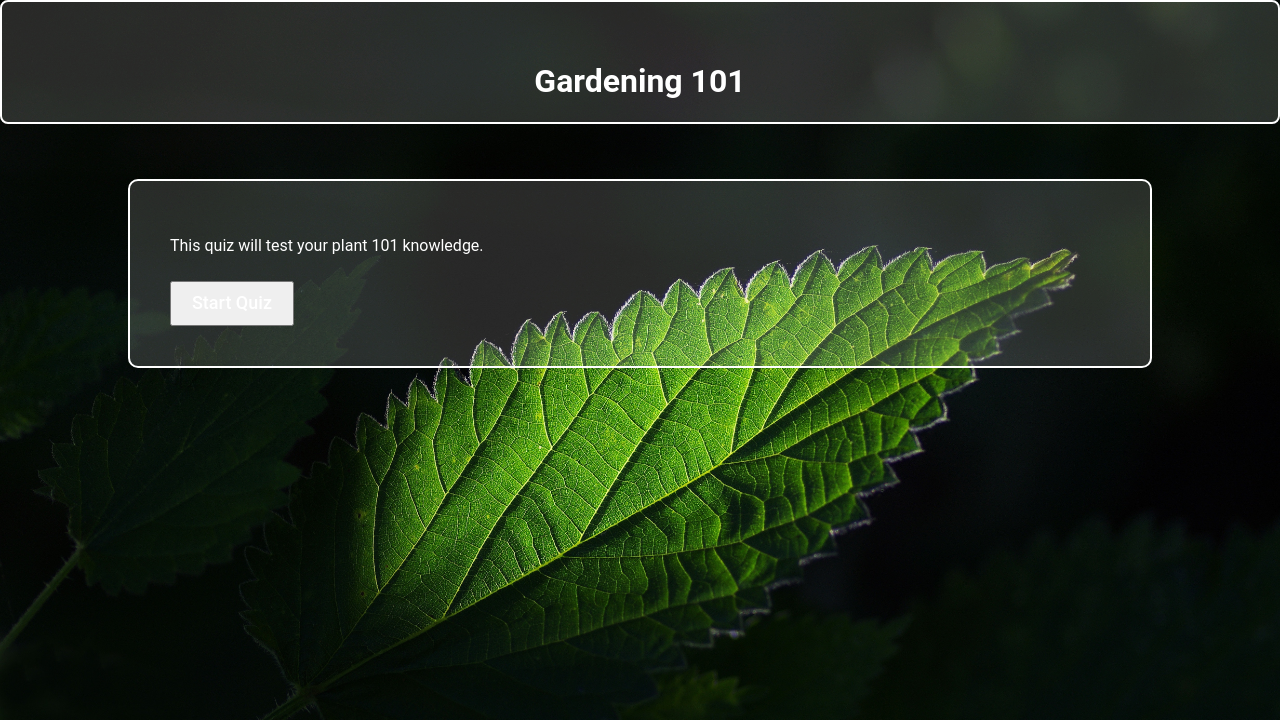
Repository: kaitlynMidori/gardening101
Page: index.html
These files come from the project's save history. The page is drawn as it stood at one moment and after the next save; the edit follows.
The browser window is 1280 px wide. The pictures show the whole page.

Above is the page before, as saved 2021-06-10 13:55:17.

### index.html
<!DOCTYPE html>
<html lang="en">

<head>
    <meta charset="UTF-8">
    <meta name="viewport" content="width=device-width, initial-scale=1.0">
    <meta http-equiv="X-UA-Compatible" content="ie=edge">
    <title>Quiz App</title>
    <link href="https://cdnjs.cloudflare.com/ajax/libs/normalize/8.0.1/normalize.min.css" rel="stylesheet" type="text/css" />
    <link href="app.css" rel="stylesheet" type="text/css" />

</head>

<body>
    <header>
        <h1>Gardening 101</h1>
    </header>
    <main></main>
    <script src="https://code.jquery.com/jquery-3.4.1.slim.js" crossorigin="anonymous"></script>
    <script src="app.js"></script>
</body>

</html>

### app.css
/* Your styles should be mobile-first and responsive */


/**
  * If you are unclear on how to utilize a mobile-first, responsive technique to write your CSS, here is an example:
  *
  * https://github.com/andreacardybailey/responsive_example/blob/master/styles/responsive-base.css
  *
*/

* {
    box-sizing: border-box;
}


body {

    font-family: "Roboto", sans-serif;
    color: white;
    margin: 0;
    background: cover;
    background-image: url("screenshots/leaf.jpg");
    background-repeat: repeat;
    background-size: cover;
    background-color: white;
}

header {
    border: 2px solid white;
    border-radius: 8px;
    background: rgba(255, 255, 255, 0.15);
    padding: 40px 0 0 0;
    color: white;
}

h1 {
    text-align: center;
}

.question-and-score {
    border: 2px solid white;
    border-radius: 8px;
    background: rgba(11, 21, 6, 0.8);
    font-size: 30px;
    font-weight: 600px;
    color: white;
    text-align: center;
    list-style: none;
}

button{
    margin-top: 10px;
    height: auto;
    font-size: 18px;
    font-weight: 500;
    text-align: center;
    color: white;
    cursor: pointer;
    margin-bottom: 0;
    /* border-radius: 3px; */
    padding: 10px 20px;
}

.start-screen,
fieldset {
    border: 2px solid white;
    width: 80%;
    padding: 40px;
    margin: 55px auto 0 auto;
    background: rgba(255, 255, 255, 0.15);
    border-radius: 10px;
}

legend {
    font-weight: 700;
    font-size: 18px;
}

.question-form .question {
    margin-bottom: 20px;
    padding: 0 2%;
    font-size: 20px;
    font-weight: 600px;
}

.options ul {
    list-style: none;
    margin: 0;
    text-align: left;
}

label {
    font-size: 18px;
}

.options span {
    display: block;
    border-radius: 5px;
}

.right-answer {
    background: rgb(11, 21, 6, .5);
    padding: 10px 20px;
    margin: 5px 20px;
    border: 2px solid rgb(97, 164, 23);
}

.wrong-answer {
    background: rgb(11, 21, 6, .5);
    padding: 10px;
    margin: 5px 20px;
    border: 2px solid #fe0000;
}

.question-form button {
    background: rgb(11, 21, 6, .5);
    border: 2px solid white;
    float: right;
    border-radius: 6px;
}

button:hover:enabled,
button:focus:enabled {
    background-color: rgb(11, 21, 6, .5);
    -webkit-transition: background 0.1s;
    -moz-transition: background 0.1s;
    -o-transition: background 0.1s;
    transition: background 0.1s;
}

button:disabled {
    opacity: 0.9;
}

#next-question-btn {
    display: none;
}

### app.js
/**
 * Example store structure
 */
// const store = {
// 5 or more questions are required
//     questions: [{
//             question: 'What color is broccoli?',
//             answers: [
//                 'red',
//                 'orange',
//                 'pink',
//                 'green'
//             ],
//             correctAnswer: 'green'
//         },
//         {
//             question: 'What is the current year?',
//             answers: [
//                 '1970',
//                 '2015',
//                 '2019',
//                 '2005'
//             ],
//             correctAnswer: '2019'
//         }
//     ],
//     quizStarted: false,
//     questionNumber: 0,
//     score: 0
// };

const STORE = {
    questions: [ //1
        {
            question: 'Which of the following is a health benefit from gardening?',
            answers: [
                'Reduces Stress & improves mood',
                'Reduces risk of dementia',
                'Improves heart health and reduces risk of stroke',
                'All of the above'
            ],
            correctAnswer: 'All of the above'
        },
        //2
        {
            question: 'Which of the following are indoor plants?',
            answers: [
                'Fiddle Leaf Fig',
                'Dragon Tree',
                'Rubber Plant',
                'All of the above'
            ],
            correctAnswer: 'All of the above'
        },
        //3
        {
            question: 'What are the most common ways to kill a plant?',
            answers: [
                'Overwatering',
                'Underwatering',
                'Incorrect sun exposure',
                'All of the above'
            ],
            correctAnswer: 'All of the above'
        },
        //4
        {
            question: 'What are some ways to keep your plants happy?',
            answers: ['Provide correct watering needs', 'Keep free of dust', 'Fertilize it', 'All of the above'],
            correctAnswer: 'All of the above'
        },
        //5
        {
            question: 'What are signs of an unhappy plant?',
            answers: [
                'Wilted leaves',
                'Yellowing/browning leaves',
                ' Bugs or fungal growth',
                'All of the above'
            ],
            correctAnswer: 'All of the above'
        }
    ],
    quizStarted: false,
    currentQuestion: 0,
    score: 0
};
/**
 *
 * Technical requirements:
 *
 * Your app should include a render() function, that regenerates the view each time the store is updated.
 * See your course material and access support for more details.
 *
 * NO additional HTML elements should be added to the index.html file.
 *
 * You may add attributes (classes, ids, etc) to the existing HTML elements, or link stylesheets or additional scripts if necessary
 *
 * SEE BELOW FOR THE CATEGORIES OF THE TYPES OF FUNCTIONS YOU WILL BE CREATING 👇
 *
 */

/********** TEMPLATE GENERATION FUNCTIONS **********/

// These functions return HTML templates

/********** RENDER FUNCTION(S) **********/

// This function conditionally replaces the contents of the <main> tag based on the state of the store

/********** EVENT HANDLER FUNCTIONS **********/

// These functions handle events (submit, click, etc)

/**
 * Generates HTML for the start screen
 */
function generateStartScreenHtml() {
    return `
    <div class="start-screen">
      <p>This quiz will test your plant 101 knowledge.</p>
      <button type="button" id="start">Start Quiz</button>
    </div>
  `;
}

/**
 * Generates the HTML for the section of the app
 * that displays the question number and the score
 */
function generateQuestionNumberAndScoreHtml() {
    return `
    <ul class="question-and-score">
      <li id="question-number">
        Question Number: ${STORE.currentQuestion + 1}/${STORE.questions.length}
      </li>
      <li id="score">
        Score: ${STORE.score}/${STORE.questions.length}
      </li>
    </ul>
  `;
}
/**
 * Generates the list of possible answers for
 * one question
 */
function generateAnswersHtml() {
    const answersArray = STORE.questions[STORE.currentQuestion].answers
    let answersHtml = '';
    let i = 0;

    answersArray.forEach(answer => {
        answersHtml += `
      <div id="option-container-${i}">
        <input type="radio" name="options" id="option${i + 1}" value= "${answer}" tabindex ="${i + 1}" required>
        <label for="option${i + 1}"> ${answer}</label>
      </div>
    `;
        i++;
    });
    return answersHtml;
}
/**
 * Generates the HTML to display one question
 */
function generateQuestionHtml() {
    let currentQuestion = STORE.questions[STORE.currentQuestion];
    return `
    <form id="question-form" class="question-form">
      <fieldset>
        <div class="question">
          <legend> ${currentQuestion.question}</legend>
        </div>
        <div class="options">
          <div class="answers">
            ${generateAnswersHtml()}
          </div>
        </div>
        <button type="submit" id="submit-answer-btn" tabindex="5">Submit</button>
        <button type="button" id="next-question-btn" tabindex="6"> Next &gt;></button>
      </fieldset>
    </form >
  `;
}

/**
 * Generates the HTML for the results screen
 */
function generateResultsScreen() {
    return `
    <div class="results">
      <form id="js-restart-quiz">
        <fieldset>
          <div class="row">
            <div class="col-12">
              <legend>Your Score is: ${STORE.score}/${STORE.questions.length}</legend>
            </div>
          </div>

          <div class="row">
            <div class="col-12">
              <button type="button" id="restart"> Restart Quiz </button>
            </div>
          </div>
        </fieldset>
    </form>
    </div>
  `;
}

/**
 * @param {string} answerStatus - 'correct' / 'incorrect'
 * @returns {string} - HTML providing the user with feedback
 * regarding whether their answer was correct or incorrect.
 */
function generateFeedbackHTML(answerStatus) {
    let correctAnswer = STORE.questions[STORE.currentQuestion].correctAnswer;
    let html = '';
    if (answerStatus === 'correct') {
        html = `
    <div class="right-answer">That is correct!</div>
    `;
    } else if (answerStatus === 'incorrect') {
        html = `
      <div class="wrong-answer">That is incorrect. The correct answer is ${correctAnswer}.</div>
    `;
    }
    return html;
}

/********** RENDER FUNCTION **********/

/**
 * All-purpose render function that will conditionally
 * render the page based upon the state of the STORE.
 */
function render() {
    let html = '';

    if (STORE.quizStarted === false) {
        $('main').html(generateStartScreenHtml());
        return;
    } else if (STORE.currentQuestion >= 0 && STORE.currentQuestion < STORE.questions.length) {
        html = generateQuestionNumberAndScoreHtml();
        html += generateQuestionHtml();
        $('main').html(html);
    } else {
        $('main').html(generateResultsScreen());
    }
}

/********** EVENT HANDLER FUNCTIONS **********/

/**
 * Handles a click of the quiz's start button
 */
function handleStartClick() {
    $('main').on('click', '#start', function(event) {
        STORE.quizStarted = true;
        render();
    });
}

/**
 * Handles the click of the "next" button
 */
function handleNextQuestionClick() {
    $('body').on('click', '#next-question-btn', (event) => {
        render();
    });
}

/**
 * Handles the submission of the question form
 */
function handleQuestionFormSubmission() {
    $('body').on('submit', '#question-form', function(event) {
        event.preventDefault();
        const currentQuestion = STORE.questions[STORE.currentQuestion];

        // get value from checkbox checked by user
        let selectedOption = $('input[name=options]:checked').val();
        /**
         * Creates an id '#option-container' + the index of
         * the current question in the answers array.
         *
         * Example: #option-container-0
         */
        let optionContainerId = `#option-container-${currentQuestion.answers.findIndex(i => i === selectedOption)}`;

        if (selectedOption === currentQuestion.correctAnswer) {
            STORE.score++;
            $(optionContainerId).append(generateFeedbackHTML('correct'));
        } else {
            $(optionContainerId).append(generateFeedbackHTML('incorrect'));
        }
        STORE.currentQuestion++;
        // hide the submit button
        $('#submit-answer-btn').hide();
        // disable all inputs
        $('input[type=radio]').each(() => {
            $('input[type=radio]').attr('disabled', true);
        });
        // show the next button
        $('#next-question-btn').show();

    });
}
/**
 * Resets all values to prepare to restart quiz
 */
function restartQuiz() {
    STORE.quizStarted = false;
    STORE.currentQuestion = 0;
    STORE.score = 0;
}

function handleRestartButtonClick() {
    $('body').on('click', '#restart', () => {
        restartQuiz();
        render();
    });
}

function handleQuizApp() {
    render();
    handleStartClick();
    handleNextQuestionClick();
    handleQuestionFormSubmission();
    handleRestartButtonClick();
}

$(handleQuizApp);

After the next save:
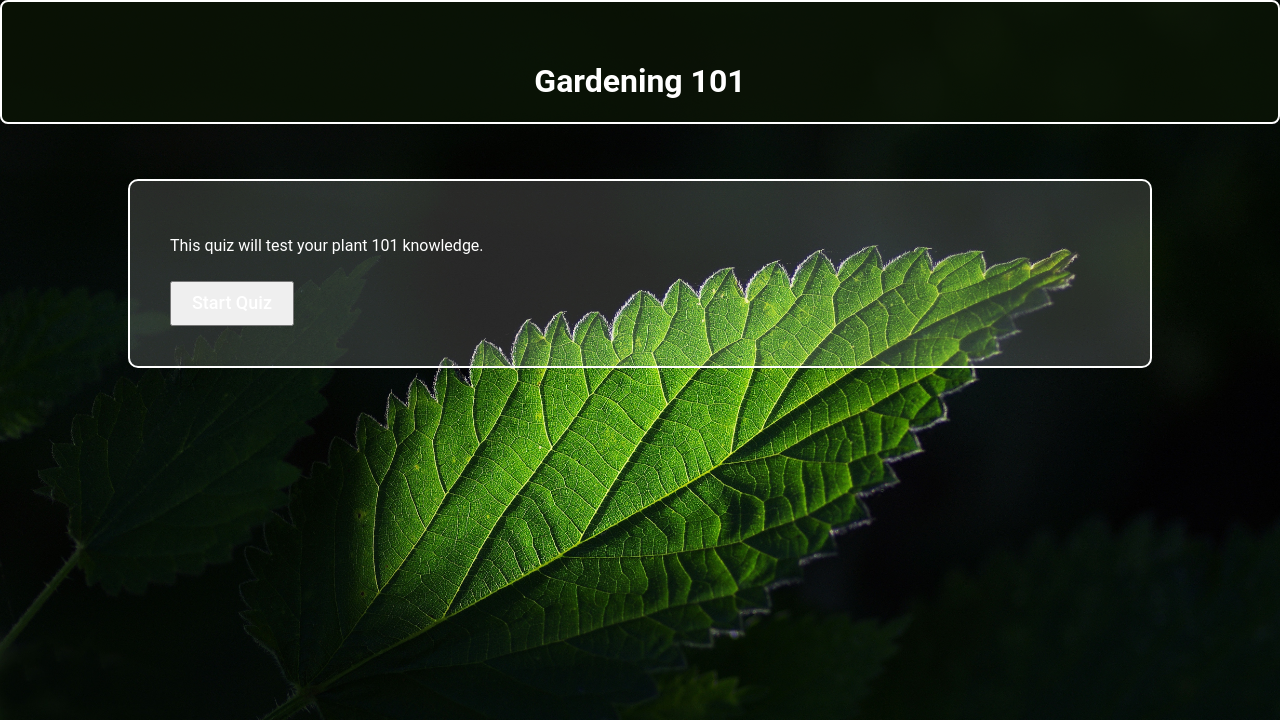
Saved 19 s later.
--- a/app.css
+++ b/app.css
@@ -28,7 +28,7 @@ body {
 header {
     border: 2px solid white;
     border-radius: 8px;
-    background: rgba(255, 255, 255, 0.15);
+    background: rgba(11, 21, 6, 0.8);
     padding: 40px 0 0 0;
     color: white;
 }
